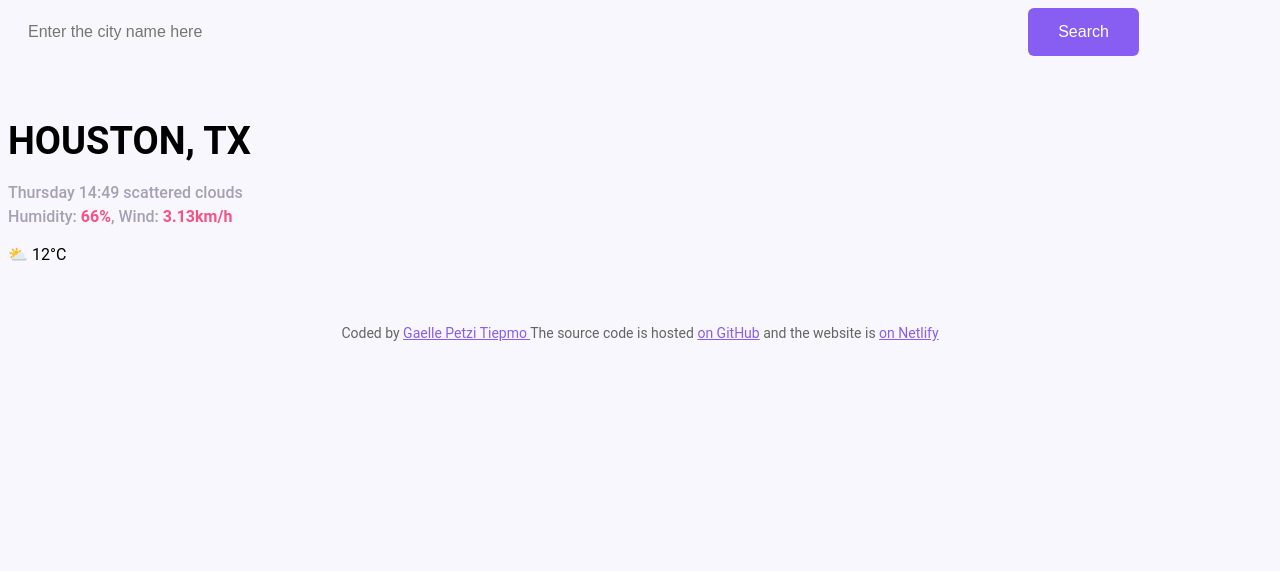
Repository: OnwardForward/meteo.by.gaelle
Page: meteo.appbygaelle.html
The author's editor kept a copy of each file at every save. The page is drawn from the files as they stood at one save, then again after the next save.
The browser window is 1280 px wide. The pictures show the whole page.

Above is the page before, as saved 2024-04-18 15:34:06.

### meteo.appbygaelle.html
<!DOCTYPE html>
<html lang="en">
<head>
    <meta charset="UTF-8">
    <meta name="viewport" content="width=device-width, initial-scale=1.0">
    <title>Meteo By Gaelle</title>
    <link rel="stylesheet" href="src\styles.css" />
</head>
<body>
    <div class="meteo-app">
    <header>
    <form class="search-form">
        <input type="search" placeholder="Enter the city name here" required class="search-form-input" />
        <input type="submit" value="Search" class="search-form-button" />
    </form>
   </header>
   <main>
    <div class="meteo-app-data"></div>
    <div>
        <h1 class="weather-app-city">HOUSTON, TX</h1>
        <p class="weather-app-details">
            Thursday 14:49 scattered clouds
            <br />
            Humidity: <strong>66%</strong>, Wind: <strong>3.13km/h</strong>
        </p>
    </div>
    <div>
        ⛅ 12°C
    </div>
   </main>




</body>
<footer>
    Coded by <a href="https://github.com/OnwardForward" target="_blank"> Gaelle Petzi Tiepmo </a>
    The source code is hosted <a href="https://github.com/OnwardForward/meteo.by.gaelle" target="_blank">on GitHub</a>
    and the website is <a href="https://meteo-app-by-gaellept.netlify.app/" target="_blank"> on Netlify</a>
</footer>
</html>

### src/styles.css
body {
  background-color: #f9f7fe;
  font-family: "Roboto", sans-serif;
}

a {
  color: #885df1;
}

.weather-app {
  background: white;
  max-width: 600px;
  margin: 45px auto;
  box-shadow: 0 30px 50px rgba(65, 50, 100, 0.08);
  border-radius: 16px;
  padding: 30px;
}

header {
  border-bottom: 1px solid #f9f7fe;
  padding: 0 0 30px 0;
}

.search-form-input {
  background-color: #f9f7fe;
  border: none;
  border-radius: 6px;
  width: 80%;
  font-size: 16px;
  padding: 15px 20px;
}

.search-form-button {
  background: #885df1;
  padding: 15px 30px;
  border: none;
  font-size: 16px;
  margin-left: 5px;
  border-radius: 6px;
  color: white;
}

main {
  padding: 30px 0;
}

.weather-app-data {
  display: flex;
  justify-content: space-between;
}

.weather-app-city {
  margin: 0;
  font-size: 38px;
  line-height: 48px;
}

.weather-app-details {
  font-size: 16px;
  color: rgba(39, 33, 66, 0.4);
  line-height: 24px;
  font-weight: 500;
}

.weather-app-details strong {
  color: #f65282;
}

.weather-app-temperature-container {
  display: flex;
}

.weather-app-icon {
  font-size: 44px;
  margin-top: 22px;
}

.weather-app-temperature {
  font-size: 88px;
  margin-left: 10px;
  font-weight: bold;
}

.weatehr-app-unit {
  margin-top: 16px;
  font-size: 28px;
}

footer {
  border-top: 1px solid #f9f7fe;
  padding: 30px 0 0 0;
  text-align: center;
  font-size: 14px;
  color: rgba(0, 0, 0, 0.6);
}

After the next save:
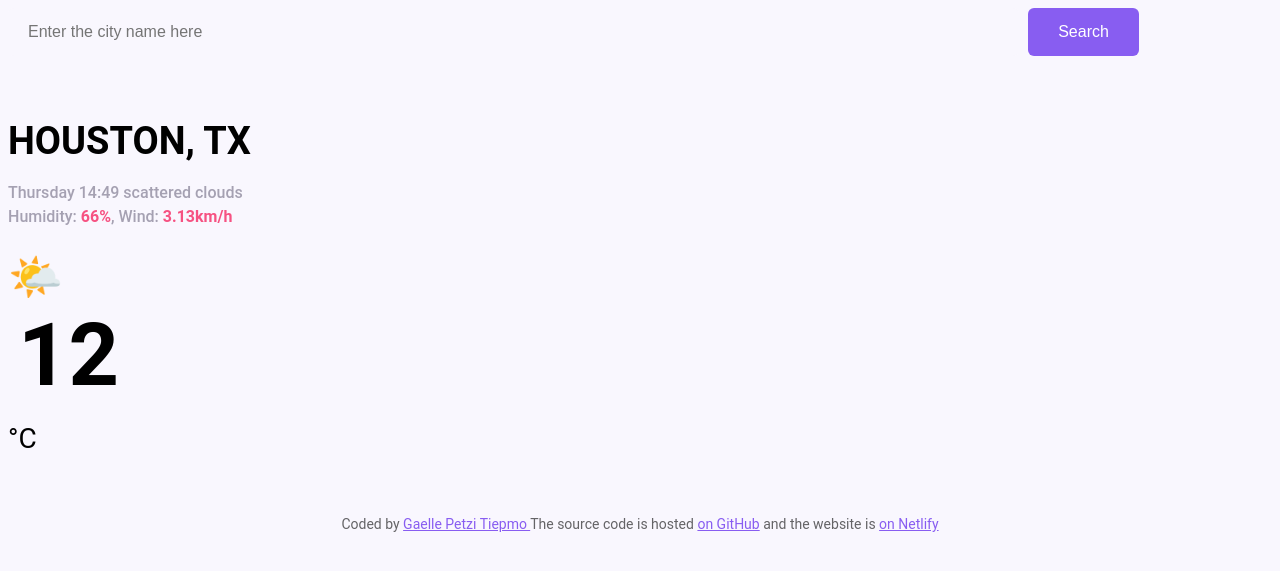
Saved 5 s later.
--- a/meteo.appbygaelle.html
+++ b/meteo.appbygaelle.html
@@ -25,7 +25,9 @@
         </p>
     </div>
     <div>
-        ⛅ 12°C
+          <div class="weather-app-icon">🌤️</div>
+            <div class="weather-app-temperature">12</div>
+            <div class="weatehr-app-unit">°C</div>
     </div>
    </main>
 
